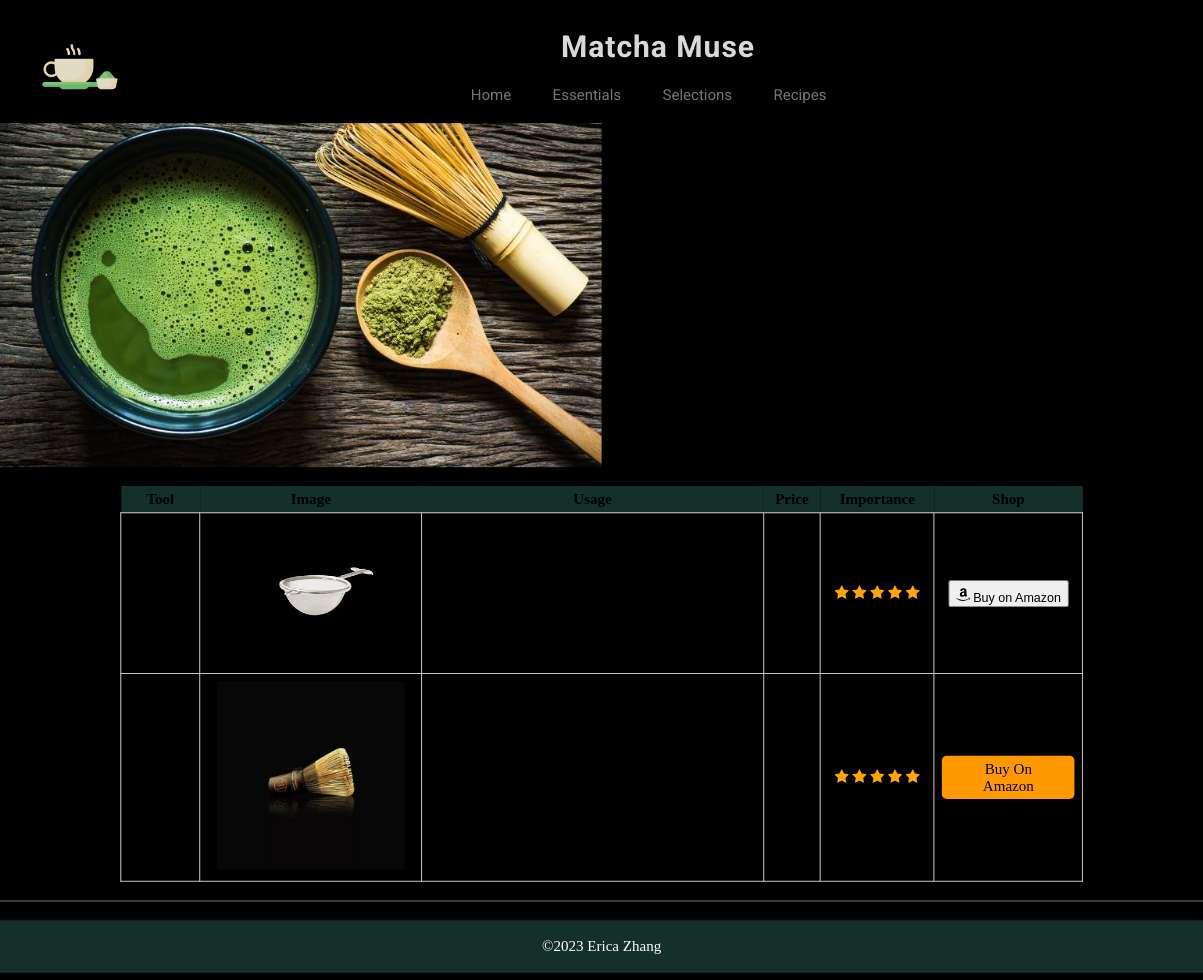
Repository: ericazz17/matchawebsite
Page: essentials.html
The author's editor kept a copy of each file at every save. The page is drawn from the files as they stood at one save, then again after a run of saves.
The browser window is 1280 px wide. The pictures show the whole page, at 94% of full size.

Above is the page before, as saved 2023-09-26 05:05:44.

### essentials.html
<!DOCTYPE html>
<html>
<head>
    <title>Matcha Muse</title>
    <link rel="stylesheet" type="text/css" href="essentials.css">
    <link rel="preconnect" href="https://fonts.googleapis.com">
    <link rel="preconnect" href="https://fonts.gstatic.com" crossorigin>
    <link href="https://fonts.googleapis.com/css2?family=Roboto:wght@400;700&display=swap" rel="stylesheet">
    <link rel="stylesheet" href="https://cdnjs.cloudflare.com/ajax/libs/font-awesome/4.7.0/css/font-awesome.min.css">
</head>

<body>
    <header class="header">

        <div class="header-container">
            <div id="icon-container">
                <img class="header-icon" src="images/header-icon.png">
            </div>
            <div id="header-name">
                <h1>Matcha Muse</h1>
            </div>
        </div>

        <nav class="topbar">
            <div class="topbardiv">
                <a class="button" href="main.html">Home</a>
                <a class="button" href="essentials.html">Essentials</a>
                <a class="button" href="selections.html">Selections</a>
                <a class="button" href="recipes.html">Recipes</a>
            </div>
        </nav>
    </header>

    <div class="topsection">
        <div class="topsection-img">
            <img class="matcha-tools" src="images/matcha-tea.jpeg">
        </div>
        <div class="topsection-text">
            <h2 class="toph2">Journey to the Perfect Matcha</h2>
            <h3>Learn about the tools you need for that beautiful green hue and foamy froth of the matcha latte!</h3>
        </div>
    </div>

    <!-- table  -->

    <div class="table-container">
        <table class="info-table">
            <!-- row 1 -->
          <tr>
            <th class="col1">Tool</th>
            <th class="col2">Image</th>
            <th class="col3">Usage</th>
            <th class="col4">Price</th>
            <th class="col5">Importance</th>
            <th class="col6">Shop</th>
          </tr>
          <tr class="row1">
            <td>Sifter</td>
            <td>
                <img class="sifter-image" src="images/sifter2.jpeg" alt="Sifter"></td>
            <td class="r1c3">
                Sifter ensures a smooth and clump-free consistency by breaking up any powder lumps, resulting in a more enjoyable and visually appealing matcha drink.</td>
            <td>
                $7
            </td>
            <td>
                <span class="fa fa-star checked"></span>
                <span class="fa fa-star checked"></span>
                <span class="fa fa-star checked"></span>
                <span class="fa fa-star checked"></span>
                <span class="fa fa-star checked"></span>
            </td>
            <td>
                <a href="https://www.amazon.com/Jade-Leaf-Matcha-Eliminate-Stainless/dp/B092QMWCKK/ref=sr_1_1_sspa?crid=17NF4YJBBYBSW&keywords=matcha+sifter&qid=1695332046&sprefix=matcha+sift%2Caps%2C160&sr=8-1-spons&sp_csd=d2lkZ2V0TmFtZT1zcF9hdGY&psc=1" target="_blank" >
                    <button class="buy-now-button">
                        <img class="amazon-icon" src="images/amazon-logo.svg" alt="amazon-icon">
                        <span class="amazon-text"> Buy on Amazon</span>
                    </button>
                </a>
            </td>
          </tr>
          <!-- row 2 -->
          <tr class="row1">
            <td>Whisk (Chasen)</td>
            <td>
                <img class="chasen-image" src="images/chasen.jpg" alt="Chasen"></td>
            <td class="r1c3">
                Sifter ensures a smooth and clump-free consistency by breaking up any powder lumps, resulting in a more enjoyable and visually appealing matcha drink.</td>
            <td>
                $7
            </td>
            <td>
                <span class="fa fa-star checked"></span>
                <span class="fa fa-star checked"></span>
                <span class="fa fa-star checked"></span>
                <span class="fa fa-star checked"></span>
                <span class="fa fa-star checked"></span>
            </td>
            <td>
                <div class="buy-now-container">
                    <a href="https://www.amazon.com/Jade-Leaf-Matcha-Eliminate-Stainless/dp/B092QMWCKK/ref=sr_1_1_sspa?crid=17NF4YJBBYBSW&keywords=matcha+sifter&qid=1695332046&sprefix=matcha+sift%2Caps%2C160&sr=8-1-spons&sp_csd=d2lkZ2V0TmFtZT1zcF9hdGY&psc=1" target="_blank" class="buy-now-button">Buy On Amazon</a>
                </div>
            </td>
          </tr>
        </table>
      </div>

    <hr class="separation-line">


</body>

<footer>
    <div class="footer">
        <p>&copy2023 Erica Zhang</p>
    </div>
</footer>

</html>

### essentials.css
body {
    background-color: black;
    width: 100%;
    margin-left: 0px;
    margin-right: 0px;
    margin-top: 0px;
    padding: 0px;
}

.header {
    position: sticky;
    top: 0;
    background-color: black;
    color: #f1f1f1;
    padding: 10px;
    opacity: 0.9;
  }

.header-container{
    max-width: 100%;
    width: 100%;
    text-align: center;
    margin-top: 0px;
    padding: 0px;

}

#header-name{
    text-align: center;
}

h1 {
    font-family: 'Roboto', sans-serif;
    font-size:px;
    letter-spacing: 1px;
}

h2 {
    font-family: 'Roboto', sans-serif;
    font-size:3vw;
    letter-spacing: 1px;
}

.b4h2 {
    white-space: nowrap;
}

h3 {
    font-family: sans-serif;
    font-size:1.5vw;
    letter-spacing: 1px;
    font-weight: 300;
}

#icon-container{
    width: 100px;
    float: left;
    vertical-align: top;
    padding-left: 20px;
}
.header-icon{
    display:flex;
    height:80px;
    margin-left: 15px;
    flex:1;
}
.topbar {

    height: 30px;
    text-align: center;
}
.button {
    color: gray;
    font-family: 'Roboto', sans-serif;
    padding: 10px;
    margin-right: 20px;

}

a {
    text-decoration: none;
}
.button:hover {
    color: white;
    border-color: rgb(61, 35, 13);
    border-width: 1px;
    border-style: solid;
    border-radius: 5px;
}

.button:active {
    color: white;
    border-color: rgb(61, 35, 13);
    border-width: 1px;
    border-style: solid;
    border-radius: 5px;
}

footer {
    background-color: rgb(19, 48, 43);
    color: white;
    padding: 3px;
    display: flex;
    justify-content: space-between;
    text-align:center;
}
.footer {
    text-align: center;
    left: 0;
    bottom: 0;
    width: 100%;
}

/*  */

.topsection {
    width: 100%;
    margin-left: auto;
    margin-right:auto;
    display: flex;
    justify-content: center;
    /* align-items: center; */
}

.topsection-text{
    display: block;
    width: 37%;
    float: left;
    padding-left:3%;
    padding-right: 10%;
    font-family: 'Roboto', sans-serif;
    padding-top: 3%;
    font-weight: 100;
}

.toph2 {
    white-space: nowrap;
}

.topsection-img {
    width: 50%;
    float: left;
    background-size: 100% 100%;
}

.topsection-img img {
    width: 100%;
    height: 100%;
    display:inline-block;
}

.separation-line {
    border: none;
    border-top: 1px solid gray;
    margin: 20px 0;
  }

  .checked {
    color: orange;
  }

  /* table styling */

  .table-container {
    display: flex;
    justify-content: center;
    width: 100%;
  }

  .info-table {
    border-collapse: collapse;
    width: 80%;
    margin-top: 20px;
  }

  .info-table th {
    text-align: center;
    background-color:  rgb(19, 48, 43);
    height: 18px;
    padding-top: 5px;
    padding-bottom: 5px;
}

.r1c3 {
  text-align: left;
}

  .r1c3 {
    text-align: left;
}

  .info-table td {
    border: 0.3px solid lightgray;
    padding: 8px;
  }

  .row1 {
    height: 10px;
    text-align: center;
  }

  .col1 {
    width: 5%;
  }

  .col2 {
    width: 10%;
  }

  .col2 img {
    width:50px;
    height: 50px;
  }
  .col3 {
    width: 30%;
  }

  .col4 {
    width: 5%;
  }

  .col5 {
    width: 10%;
  }

  .col6 {
    width: 13%

  }

  .sifter-image {
    height: 150px;
    width: auto;
    padding-left: 15%;
  }

  a.buy-now-button {
    background-color: #FF9900;
    padding: 5px 23px;
    text-decoration: none;
    color: black;
    border: none;
    text-align: center;
    display: inline-block;
    border-radius: 5px;
    vertical-align: center;
}

.buy-now-button:hover {
    opacity:0.7;
}

.amazon-icon {
    padding-top: 5px;
    width: 15px;
}

.chasen-image {
    width: 200px;
    height: auto;
}



/* .amazon-text {
    padding-bottom: 20px;
} */

After the next 3 saves:
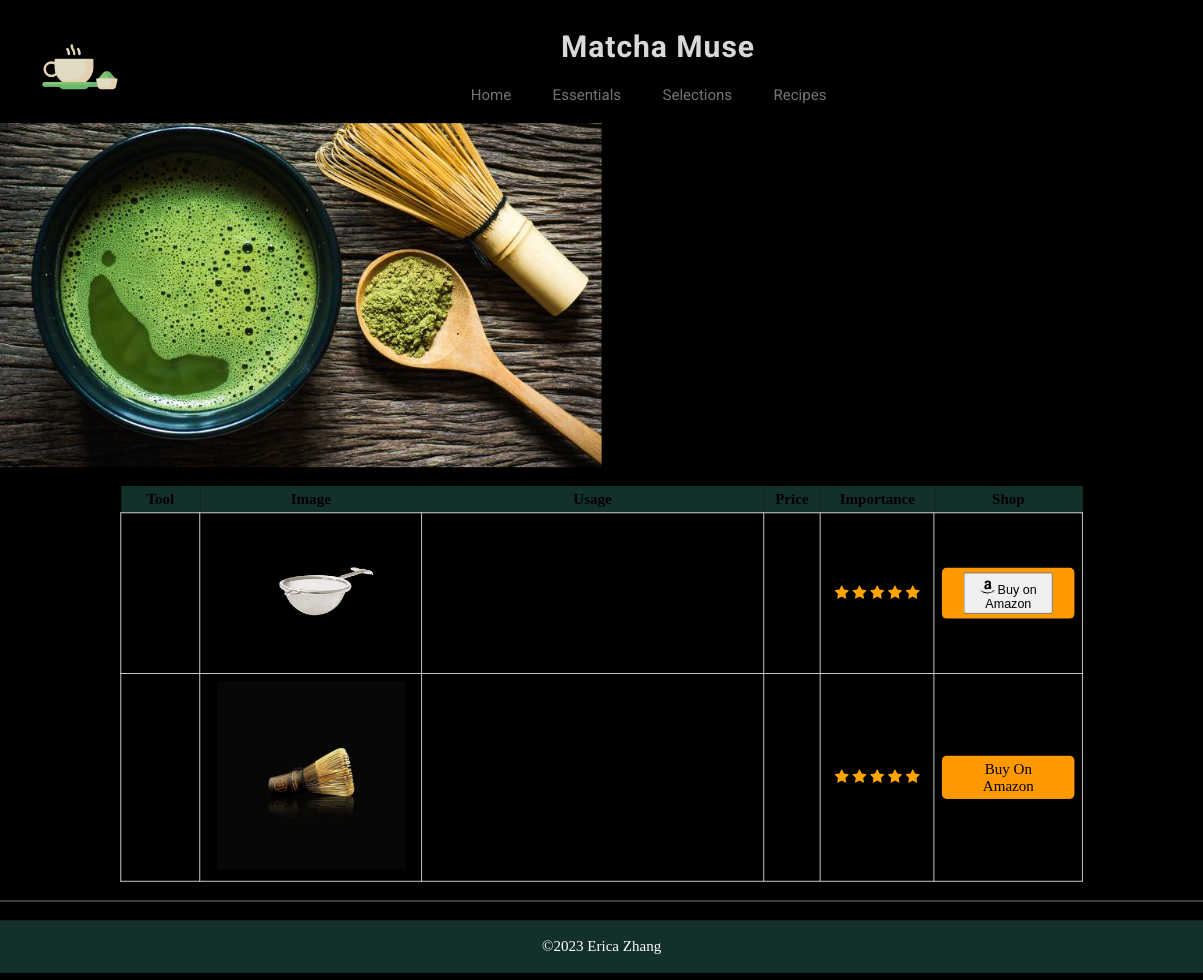
The 3 saves are shown as one change because they came seconds apart.
The last was saved 40 s later.
--- a/essentials.html
+++ b/essentials.html
@@ -71,8 +71,8 @@
                 <span class="fa fa-star checked"></span>
             </td>
             <td>
-                <a href="https://www.amazon.com/Jade-Leaf-Matcha-Eliminate-Stainless/dp/B092QMWCKK/ref=sr_1_1_sspa?crid=17NF4YJBBYBSW&keywords=matcha+sifter&qid=1695332046&sprefix=matcha+sift%2Caps%2C160&sr=8-1-spons&sp_csd=d2lkZ2V0TmFtZT1zcF9hdGY&psc=1" target="_blank" >
-                    <button class="buy-now-button">
+                <a href="https://www.amazon.com/Jade-Leaf-Matcha-Eliminate-Stainless/dp/B092QMWCKK/ref=sr_1_1_sspa?crid=17NF4YJBBYBSW&keywords=matcha+sifter&qid=1695332046&sprefix=matcha+sift%2Caps%2C160&sr=8-1-spons&sp_csd=d2lkZ2V0TmFtZT1zcF9hdGY&psc=1" target="_blank" class="buy-now-button">
+                    <button>
                         <img class="amazon-icon" src="images/amazon-logo.svg" alt="amazon-icon">
                         <span class="amazon-text"> Buy on Amazon</span>
                     </button>
